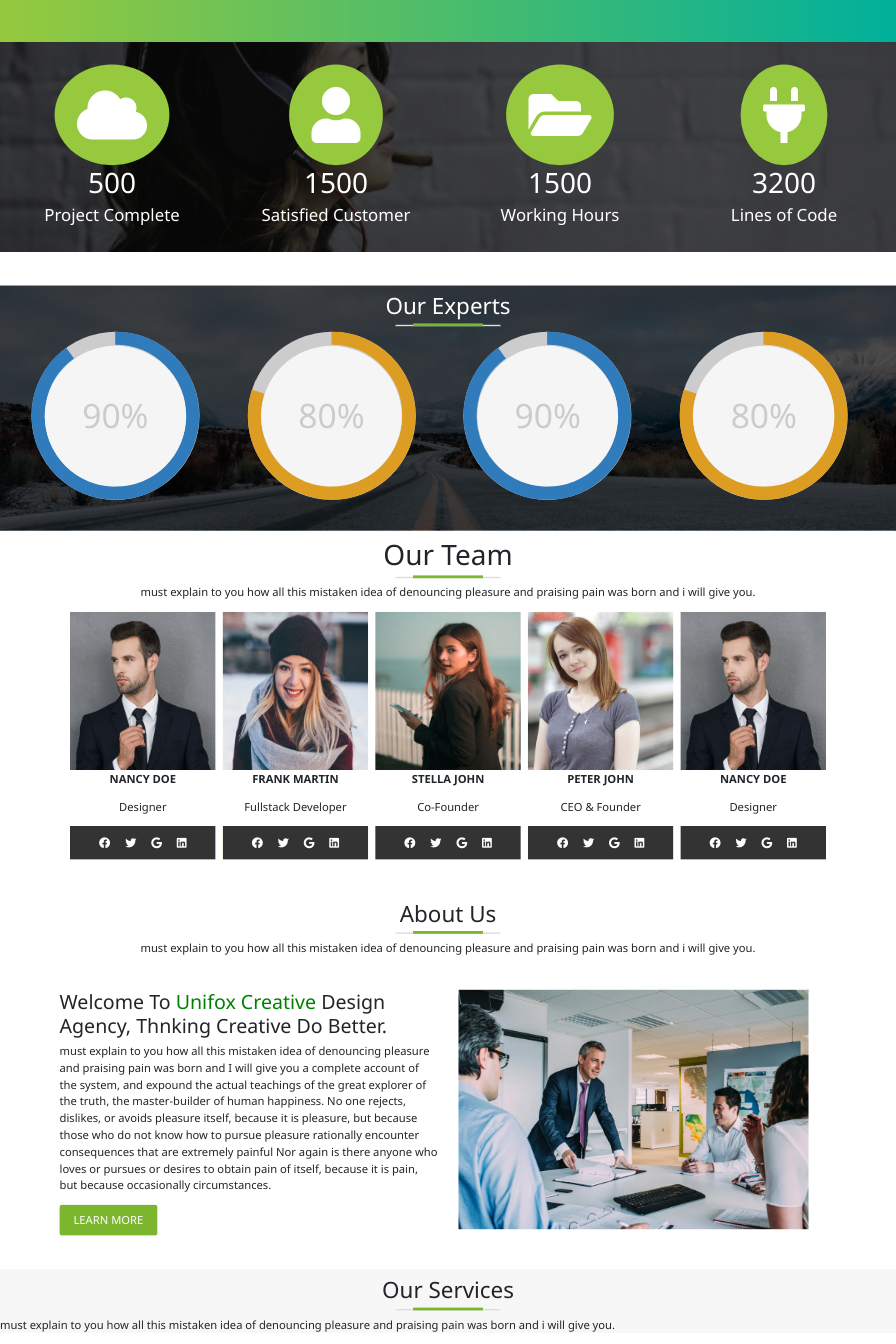
Repository: ibrkhalil/Uniforce-First-Attempt
Page: index.html
These files come from the project's save history. The page is drawn as it stood at one moment and after the next save; the edit follows.
The browser window is 1280 px wide. The pictures show the part of the page from y = 660 to 2580 px (the page is 2580 px tall), at 70% of full size.
Backgrounds fixed to the window are drawn as part of the page.

Above is the page before, as saved 2021-01-24 02:40:05.

After the next save:
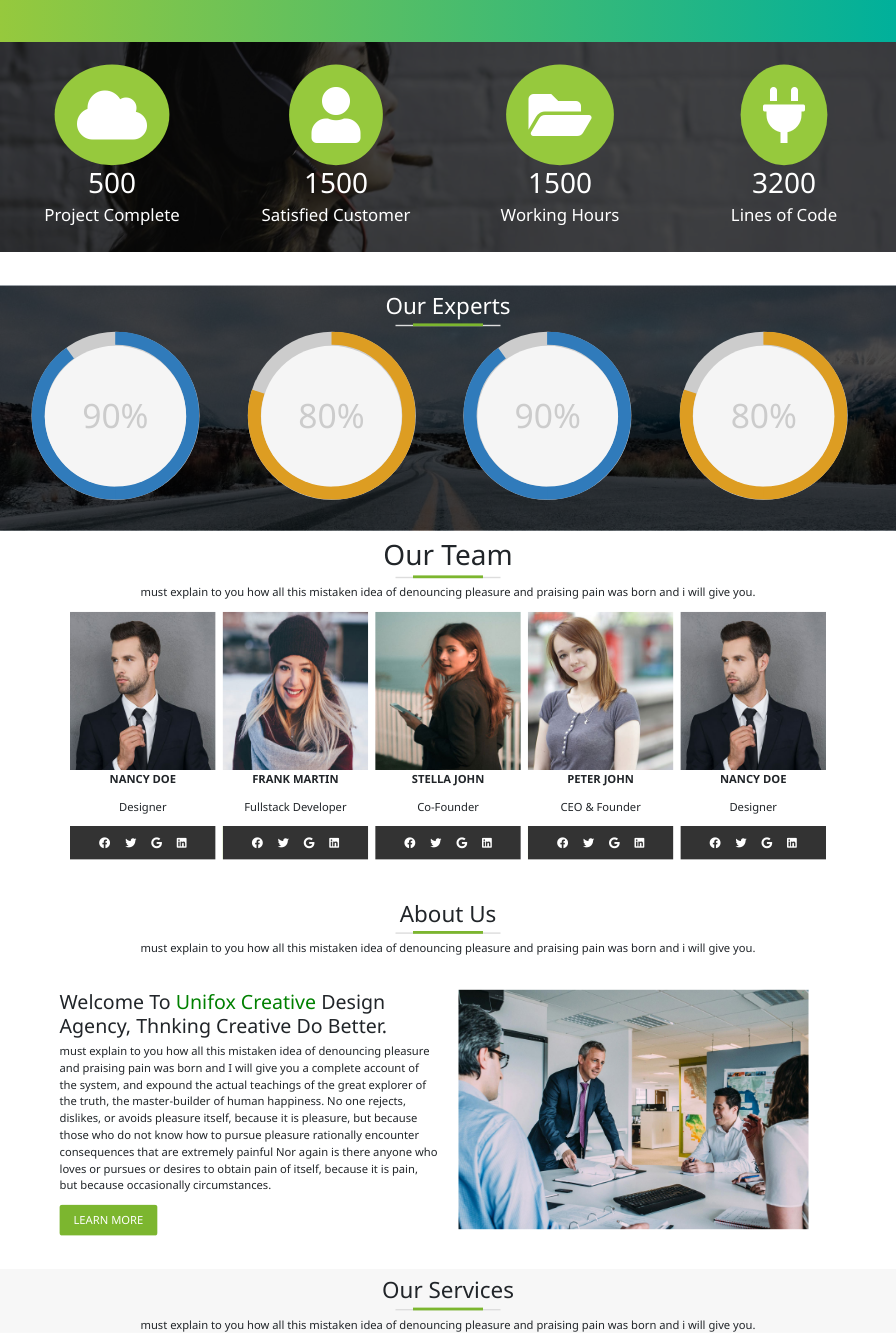
Saved 10 s later.
--- a/index.html
+++ b/index.html
@@ -294,7 +294,7 @@
                     <h2 class="our-services-word line">
                         Our Services
                     </h2>
-                    <p class="aligny">must explain to you how all this mistaken idea of denouncing pleasure and praising pain was born and i will give you.</p>
+                    <p class="aligny-center">must explain to you how all this mistaken idea of denouncing pleasure and praising pain was born and i will give you.</p>
 
             </section>
 
